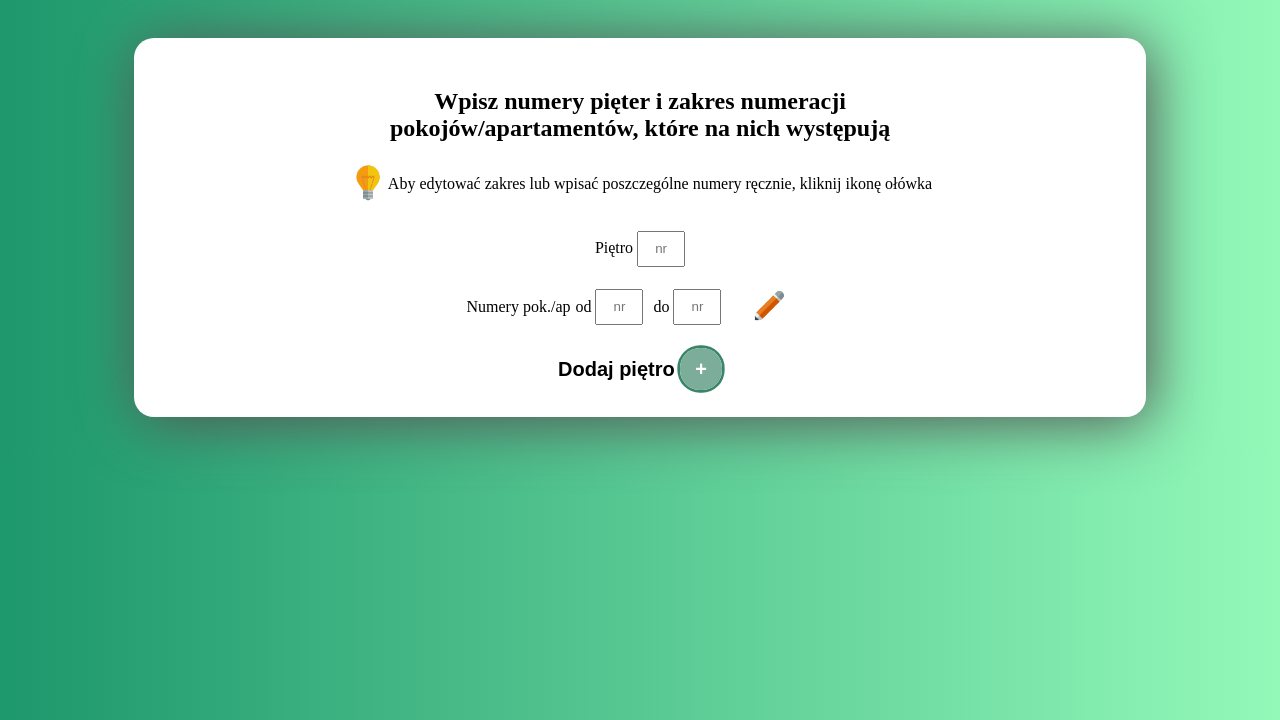
Repository: kateotto/vue-hotel-app
Page: /
These files come from the project's save history. The page is drawn as it stood at one moment and after the next save; the edit follows.
The browser window is 1280 px wide. The pictures show the whole page.
The first visible `.add-button` has the focus.
The project was rebuilt for these pictures with package versions that can differ from the ones it lists, and the page was loaded fresh each time. Also part of the build but not shown: src/components/Rooms.vue, src/components/Floor.vue.

Above is the page before, as saved 2020-03-15 23:19:38.

### src/components/Container.vue
<template>
  <div class="container">
    <h2 class="title">
      Wpisz numery pięter i zakres numeracji pokojów/apartamentów, które na nich
      występują
    </h2>
    <div class="tooltip">
      <div class="tooltip-logo">
        <img :src="bulb" alt="Bulb-icon" />
      </div>
      <div class="tooltip-text">
        Aby edytować zakres lub wpisać poszczególne numery ręcznie, kliknij
        ikonę ołówka
      </div>
    </div>
    <div class="error">{{ error }}</div>
    <div class="input-container">
      <div class="floor-wrapper">
        <label for="floor">
          Piętro
          <input
            name="floor"
            type="number"
            class="floor"
            min="0"
            v-model="floorNr"
            placeholder="nr"
          />
        </label>
      </div>
      <div class="room-wrapper">
        <span>Numery pok./ap </span>
        <label for="startNr">
          od
          <input
            type="number"
            name="startNr"
            v-model="startNr"
            placeholder="nr"
          />
        </label>
        <label for="endNr">
          do
          <input type="number" name="endNr" v-model="endNr" placeholder="nr" />
        </label>
        <button class="pen-button" @click="changeEdit">
          <img :src="pencil" alt="save" />
        </button>
      </div>
    </div>
    <button @click="validateAndAddFloor" class="add-button">
      Dodaj piętro
    </button>
    <Floor
      v-for="item in rooms"
      :key="item.id"
      :item="item"
      :edit="edit"
      @floorRemoved="removeFloor"
    />
  </div>
</template>
<script>
import Floor from "./Floor.vue";
import bulb from "../assets/bulb.png";
import pencil from "../assets/pencil.png";
export default {
  name: "AppContainer",
  components: {
    Floor
  },
  data() {
    return {
      floorNr: null,
      startNr: null,
      endNr: null,
      rooms: [],
      error: "",
      edit: false,
      bulb: bulb,
      pencil: pencil
    };
  },
  methods: {
    validateAndAddFloor: function() {
      this.isFormValid() && this.addFloor() && this.clearFloor();
    },
    addFloor: function() {
      this.rooms.push({
        id: this.rooms.length,
        floor: this.floorNr,
        firstRoom: this.startNr,
        lastRoom: this.endNr
      });
      return true;
    },
    clearFloor: function() {
      this.floorNr = null;
      this.startNr = null;
      this.endNr = null;
      this.edit = false;
    },
    isFormValid: function() {
      this.error = null;
      if (!this.floorNr || !this.startNr || !this.endNr) {
        this.error = "Wypełnij wszystkie pola!";
        return false;
      }

      if (this.floorNr < 0 || this.floorNr === "-0") {
        this.error = "Piętro musi być dodatnie!";
        this.floorNr = null;
        return false;
      }

      if (this.startNr < 0 || this.startNr > this.endNr) {
        this.error = "Numery pokoi wypełnione błędnie!";
        this.startNr = null;
        this.endNr = null;
        return false;
      }

      if (this.rooms.findIndex(room => room.floor === this.floorNr) > -1) {
        this.error = "Takie piętro już istnieje!";
        this.floorNr = null;
        return false;
      }

      return true;
    },
    changeEdit: function() {
      this.edit = !this.edit;
    },
    removeFloor: function(id) {
      const floorId = this.rooms.findIndex(room => room.id === id);
      this.rooms.splice(floorId, 1);
    }
  }
};
</script>
<style scoped>
.container {
  display: flex;
  justify-content: center;
  align-items: center;
  flex-direction: column;
  width: 80%;
  height: auto;
  padding: 30px 0;
  margin: 30px 0;
  background-color: #fff;
  border-radius: 20px;
  box-shadow: 5px 5px 60px #555;
}

.title {
  width: 50%;
  text-align: center;
}

.tooltip {
  display: flex;
  flex-direction: row;
  flex-wrap: wrap;
  align-items: center;
  justify-content: center;
  margin: 0px 30px;
}

.tooltip-logo img {
  width: 40px;
  height: 40px;
}

.tooltip-text {
  display: flex;
  align-content: center;
  text-align: center;
}

.input-container {
  display: flex;
  flex-direction: column;
  justify-content: center;
  align-items: center;
  margin: 25px 0;
}

.input-container input::-webkit-outer-spin-button,
::-webkit-inner-spin-button {
  -webkit-appearance: none;
  margin: 0;
}

.input-container input[type="number"] {
  -moz-appearance: textfield;
}

.floor-wrapper {
  margin-bottom: 20px;
}

label {
  padding: 0 5px;
}

.floor-wrapper input,
.room-wrapper input {
  text-align: center;
  width: 40px;
  height: 30px;
}
.room-wrapper {
  display: flex;
  align-items: center;
}

.pen-button {
  border: none;
  background-color: transparent;
  cursor: pointer;
  outline-color: #7bad9a;
}

.pen-button img {
  width: 35px;
  height: 35px;
  margin: 0 20px;
}

.add-button {
  border: none;
  background-color: transparent;
  font-size: 1.25rem;
  font-weight: bold;
  cursor: pointer;
  margin: 5px 0;
  outline: transparent;
}

.add-button::after {
  content: "+";
  padding: 10px 15px;
  background-color: #7bad9a;
  color: #fff;
  border-radius: 20px;
  cursor: pointer;
}

.add-button:focus::after {
  box-shadow: 0 0 0 2pt #398569;
}

.error {
  color: red;
  font-size: 1.125rem;
  font-weight: bold;
}
</style>

Loaded but not shown: public/index.html (common file); src/main.js (common file); src/App.vue (common file)

After the next save:
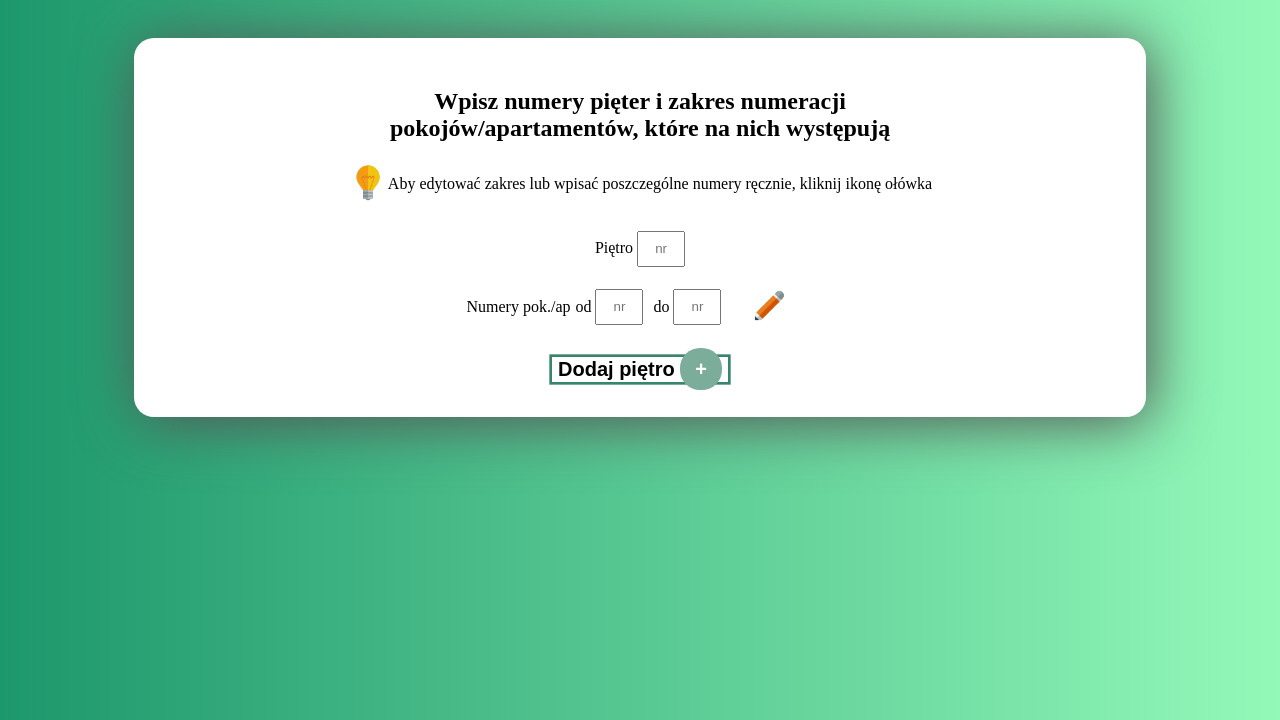
Saved 28 s later.
--- a/src/components/Container.vue
+++ b/src/components/Container.vue
@@ -247,7 +247,7 @@ label {
   cursor: pointer;
 }
 
-.add-button:focus::after {
+.add-button:focus{
   box-shadow: 0 0 0 2pt #398569;
 }
 
